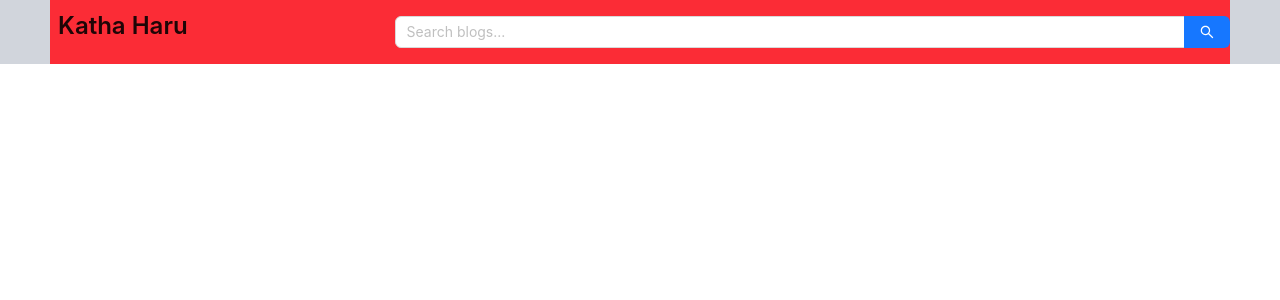
Repository: amich10/Blog_Frontend
Page: /user
The author's editor kept a copy of each file at every save. The page is drawn from the files as they stood at one save, then again after a run of saves.
The browser window is 1280 px wide. The pictures show the whole page.
The project was rebuilt for these pictures with package versions that can differ from the ones it lists, and the page was loaded fresh each time. Also part of the build but not shown: vite.config.ts, src/pages/category/admin.category.tsx, src/services/user.service.tsx, src/pages/users/admin.user.list.tsx, src/components/input.component.tsx, src/pages/users/admin.adduser.tsx, src/pages/users/admin.user.edit.tsx, src/pages/category/add.category.tsx and 5 more.

Above is the page before, as saved 2025-04-25 12:13:13.

### index.html
<!doctype html>
<html lang="en">
  <head>
    <meta charset="UTF-8" />
    <link rel="icon" type="image/svg+xml" href="/vite.svg" />
    <meta name="viewport" content="width=device-width, initial-scale=1.0" />
    <title>Blog Platform</title>
  </head>
  <body>
    <div id="root"></div>
    <script type="module" src="/src/main.tsx"></script>
  </body>
</html>

### src/main.tsx
import { createRoot } from "react-dom/client";
import React from "react";
import './assets/css/main.css';
import '@ant-design/v5-patch-for-react-19';
import RouterConfig from "./config/router.config";

createRoot(document.getElementById('root')!).render(
  //<React.StrictMode>
    <RouterConfig />
  //</React.StrictMode>

);

### src/config/router.config.tsx
import { RouterProvider } from "react-router";
import { router } from "./routes.config";
import { ToastContainer } from "react-toastify";
import { AuthProvider } from "../context/auth.context";
import { CategoryProvider } from "../context/category context/category.context";

const RouterConfig = () => {
  return (
    <>
      <AuthProvider>
        <CategoryProvider>
        <ToastContainer theme="light" />
        <RouterProvider router={router}></RouterProvider>
        </CategoryProvider>
      </AuthProvider>
    </>
  );
};
export default RouterConfig;

### src/config/routes.config.tsx
import { createBrowserRouter } from "react-router";
import { lazy, Suspense } from "react";
import { Spin } from "antd";
//import ChangePasswordPage from "../pages/change-password after login/change.password";

import CategoryList from "../pages/category/admin.category";
import UserList from "../pages/users/admin.user.list";
import CreateUser from "../pages/users/admin.adduser";
import UserEdit from "../pages/users/admin.user.edit";
import AddCategory from "../pages/category/add.category";
import EditCategory from "../pages/category/edit.category";
import PostList from "../posts/posts.list";
import CreatePost from "../posts/post.create";
import EditPost from "../posts/edit.post";
import UserHomePage from "../pages/user role/home page/user.home.page";
const RegisterPage = lazy(() => import("../pages/auth/register/register.page"))
const HomePage = lazy(() => import("../pages/home/home.page"));
const ForgetPasswordPage = lazy(() => import("../pages/auth/forget-password/forget-password"));
const ActivateAccountPage = lazy(() => import("../pages/auth/activate-account/ativate-account"));
const ResetPasswordPage = lazy(() => import("../pages/auth/forget-password/reset-password"));
const AdminPannelPage = lazy(() => import("../pages/admin/admin.pannel"));

export const router = createBrowserRouter([
    {
      path: "/",
      element: (
        <Suspense fallback={<Spin fullscreen tip="Loading...." size="default" />}>
          <HomePage />
        </Suspense>
      ),
    },
    {
      path: "/register",
      element: <RegisterPage />,
    },
    {
      path: "/forget-password",
      element: <ForgetPasswordPage />,
    },
    {
      path: "activate/:activationToken",
      element: <ActivateAccountPage />,
    },
    {
      path: "verify-token/:forgetToken",
      element: (
        <Suspense fallback={<Spin fullscreen tip="Verifying token...." size="large" />}>
          <ResetPasswordPage />
        </Suspense>
      ),
    },
    {
      path: "admin",
      Component:AdminPannelPage,
      children:[
        {
            index:true
        },
        {
          path:'posts',
          Component:PostList
        },
        {
          path:"posts/create",
          Component:CreatePost
        },
        {
          path:"posts/:id",
          Component:EditPost
        },
        {
            path:'category',
            Component:CategoryList
        },
        {
          path:"category/create",
          Component:AddCategory
        },
        {
          path:"category/:id",
          Component:EditCategory
        },
        {
          path:'users',
          Component:UserList
        },
        {
          path:'users/create',
          Component:CreateUser
        },{
          path:"users/:id",
          Component:UserEdit
        },

      ]
    },
    {
      path:'user',
      Component:UserHomePage,
      children:[{
      }]
    }
  ]);

### src/context/auth.context.tsx
import { createContext, ReactNode, SetStateAction, useContext, useEffect, useState, Dispatch } from "react";
import authSvc from "../services/auth.service";
import notifcation, { getLocalStorage, NotificationType, setLocalStorage } from "../utilities/helpers";
import { webStorageConstants } from "../constants/constants";
import { Spin } from "antd";
import { LoadingOutlined } from '@ant-design/icons';

export interface ICredentials {
  username: string;
  password: string;
}

export interface IChildrenProps {
  children: ReactNode;
}

export interface IUserDetails {
  name: string;
  username: string;
  email: string;
  phone: string;
  address: string;
  role: string;
  status: string;
  _id: string;
  image: {
    url: string;
    optimizedUrl: string;
  };
  createdAt: Date;
  bio: string;
}

export interface IAuthContext {
    login: (credentials: ICredentials) => Promise<void>;
    forgetPassword: (data: { email: string }) => Promise<void>;
    userDetails: IUserDetails;
    setUserDetails: Dispatch<SetStateAction<IUserDetails | undefined>>;
  }

  export const AuthContext = createContext<IAuthContext>({
    login: async (_credentials: ICredentials): Promise<void> => {},
    forgetPassword: async (_data: { email: string }): Promise<void> => {},
    userDetails: {} as IUserDetails,
    setUserDetails: () => {},
  });

export const AuthProvider = ({ children }: IChildrenProps) => {
  const [userDetails, setUserDetails] = useState<IUserDetails>();
  const [loading,setLoading] = useState<boolean>(false)

  const getLoggedInUser = async () => {
    try {
      const userInfo = await authSvc.getRequest("auth/me");
      setUserDetails(userInfo.result.data);
      return userInfo.result.data;
    } catch (exception) {
      throw exception
    }
  };

  const LoginFunc = async (credentials: ICredentials) => {
    setLoading(true)
    try {
      const response = await authSvc.postRequest("/auth/login", credentials);
      notifcation(response.result.message, NotificationType.SUCCESS);
      setLocalStorage(webStorageConstants.ACCESS, response.result.data.accessToken);
      setLocalStorage(webStorageConstants.REFRESH, response.result.data.refreshToken);
      return await getLoggedInUser();
    } catch (exception: any) {
      notifcation(exception.response.message, NotificationType.ERROR);
    } finally{
    setLoading(false)
    }
  };

  const forgetPasswordFunc = async (data: { email: string }) => {
    try {
      const response = await authSvc.postRequest("auth/forget-password", data);
      notifcation(response.result.message, NotificationType.SUCCESS);
    } catch (exception: any) {
      const errorMsg = exception.response.message || "Unexpected error occurred. Please try again after some time.";
      notifcation(errorMsg, NotificationType.ERROR);
    }
  };

  //rehydrating state
  useEffect(() => {
    let token = getLocalStorage(webStorageConstants.ACCESS);
    if (token) {
      getLoggedInUser();
    }else{
        setLoading(false)
    }
  }, []);

  return (
    <AuthContext.Provider
      value={{
        login: LoginFunc,
        forgetPassword: forgetPasswordFunc,
        userDetails: userDetails as IUserDetails,
        setUserDetails: setUserDetails,
      }}
    >
      {loading ?  <Spin fullscreen tip="Loading ... " indicator={<LoadingOutlined/>}/> :children}
    </AuthContext.Provider>
  );
};


export const useAuth = () => {
  const { login, forgetPassword, userDetails, setUserDetails } = useContext(AuthContext);
  return {
    login,
    forgetPassword,
    userDetails,
    setUserDetails,
  };
};

### src/context/category context/category.context.tsx
import React, { createContext, useContext, useEffect, useState } from "react";
import { TablePaginationConfig } from "antd";
import { IResponseType } from "../../services/http.service";
import categorySvc from "../../services/category.service";
import notifcation, { NotificationType } from "../../utilities/helpers";
import { useAuth } from "../auth.context";

export interface IResult {
  image: {
    url: string;
    optimizedUrl: string;
  };
  _id: string;
  title: string;
  slug: string;
  parentId: string | null;
  status: string;
  createdBy: any;
  updatedBy: any;
  createdAt: string;
  updatedAt: string;
  __v: number;
}

export interface IQueryProps {
  page?: number;
  limit?: number;
  search?: string | null;
}

interface ICategoryContext {
  data: IResult[];
  loading: boolean;
  pagination: TablePaginationConfig;
  search: string;
  getAllCategory: (params?: IQueryProps) => void;
  setSearch: React.Dispatch<React.SetStateAction<string>>;
  setPagination: React.Dispatch<React.SetStateAction<TablePaginationConfig>>;
}

const CategoryContext = createContext<ICategoryContext | undefined>(undefined);

export const CategoryProvider: React.FC<{ children: React.ReactNode }> = ({ children }) => {
  const [data, setData] = useState<IResult[]>([]);
  const [loading, setLoading] = useState<boolean>(true);
  const [search, setSearch] = useState<string>("");
  const [pagination, setPagination] = useState<TablePaginationConfig>({
    total: 0,
    pageSize: 8,
    current: 1,
  });

  const { userDetails } = useAuth();

  const getAllCategory = async ({
    page = pagination.current,
    limit = pagination.pageSize,
    search = "",
  }: IQueryProps = {}) => {
    try {
      setLoading(true);
      const response: IResponseType = await categorySvc.getRequest("/category/all", {
        params: { page, limit, search },
      });
      setData(response.result.data);
      setPagination((prev) => ({
        ...prev,
        total: response.result.options.total,
        current: page,
        pageSize: limit,
      }));
    } catch (error) {
      notifcation("Could not fetch categories. Try again later.", NotificationType.ERROR);
    } finally {
      setLoading(false);
    }
  };

  useEffect(() => {
    if (userDetails) {
      getAllCategory();
    }
  }, [userDetails]);

  // Debounced search - only after user is authenticated
  useEffect(() => {
    if (userDetails) {
      const timer = setTimeout(() => {
        getAllCategory({ search });
      }, 500);
      return () => clearTimeout(timer);
    }
  }, [search, userDetails]);

  return (
    <CategoryContext.Provider
      value={{
        data,
        loading,
        pagination,
        search,
        getAllCategory,
        setSearch,
        setPagination,
      }}
    >
      {children}
    </CategoryContext.Provider>
  );
};

export const useCategory = (): ICategoryContext => {
  const context = useContext(CategoryContext);
  if (!context) throw new Error("useCategory must be used within a CategoryProvider");
  return context;
};

### src/pages/user role/home page/user.home.page.tsx
import { Layout } from "antd"
import { useState } from "react"
import AdminSideBar from "../../admin/admin.sidebar"
import UserHeader from "./user.header"

const{Header,Sider,Content} = Layout


const UserHomePage = () => {
    const [collapsed,setCollapsed] = useState<boolean>(false)
  return (
    <Layout>
        <Layout>
            <UserHeader/>
            <Content></Content>
        </Layout>
    </Layout>
  )
}

export default UserHomePage

### src/services/auth.service.tsx
import HttpService from "./http.service";

class AuthService extends HttpService {

}
const authSvc = new AuthService()
export default authSvc;

### src/utilities/helpers.tsx
import { toast } from "react-toastify"
export enum NotificationType {
    SUCCESS = "success",
    ERROR = "error",
    WARNING = "warning",
    INFO = "info"
}
const notifcation = (msg: string, type: NotificationType) => {
    if (type === NotificationType.SUCCESS) {
        toast.success(msg)
    } else if (type === NotificationType.ERROR) {
        toast.error(msg)
    } else if (type === NotificationType.WARNING) {
        toast.warning(msg)
    } else if (type === NotificationType.INFO) {
        toast.info(msg)
    } else {
        toast(msg)
    }
}
export default notifcation;



//webStorage:LocalStorage
//set localStorage
export const setLocalStorage = (name: string, value: string) => {
    localStorage.setItem(name, value)
}
//get localStorage
export const getLocalStorage = (name: string) => {
    return localStorage.getItem(name)
}
//remove localStorage
export const removeLocalStorage = (name: string) => {
    return localStorage.removeItem(name)
}
//remove all data from LocalStorage
export const cleanLocalStorage = () => {
    return localStorage.clear()
}

### src/constants/constants.tsx
export const webStorageConstants = {
        ACCESS:"access",
        REFRESH:"refresh"
}

### src/services/category.service.tsx
import HttpService from "./http.service";

class CategoryService extends HttpService {

}

const categorySVc = new CategoryService()
export default categorySVc;

### src/pages/user role/home page/user.header.tsx

import { Input, Layout, Typography } from 'antd';



const UserHeader = () => {

  return (
    <>
    <Layout.Header className=' flex bg-gray-300! '>
        <div className='flex justify-center items-center bg-red-500 w-full'>
          <Typography.Title level={3} className='p-2 font-serif w-120'>Katha Haru</Typography.Title>
          <Input.Search placeholder="Search blogs..." enterButton />
        </div>

    </Layout.Header>
    </>
  )
}
export default UserHeader;

### src/services/http.service.ts
import axiosInstance from "../config/axios.config";

export interface IResult {
    data?: Array<Record<string, any>> | Record<string, any> | null | any, //Record<string, any> for an object with string keys and any values.
    message: string,
    error?: any,
    options: any,
    status: string,
}

export interface IResponseType {
    result: IResult
    status: number
}

abstract class HttpService {
    #headers: Record<string, string> = {} //object
    #params: Record<string, string> = {}
    #config: any = {} //final axios config

    #setConfig(config: any) {
        this.#headers = {
            ...this.#headers,
            "Content-Type": "application/json"
        };

        if (config.file || config.files) {
            this.#headers["Content-Type"] = "multipart/form-data";
        }


        if (config.params) {
            this.#params = config.params;
        }

        this.#config = {
            headers: this.#headers,
            params: this.#params
        };
    }

    getRequest = async (url: string, config: any = {}): Promise<IResponseType> => {
        try {
            this.#setConfig(config);
            let { data: responseData, status } = await axiosInstance.get(url, this.#config);
            return {
                result: responseData,
                status: status
            };
        } catch (exception: any) {
            throw {
                response: exception?.response?.data,
                status: exception?.response?.status
            };
        }
    };

    postRequest = async (url: string, data: any, config: any = {}): Promise<IResponseType> => {
        try {
            this.#setConfig(config);
            let { data: responseData, status } = await axiosInstance.post(url, data, this.#config);
            return {
                result: responseData,
                status: status
            };
        } catch (exception: any) {
            throw {
                response: exception?.response?.data,
                status: exception?.response?.status
            };
        }
    };

    patchRequest = async (url: string, data: any, config: any = {}): Promise<IResponseType> => {
        try {
            this.#setConfig(config); //sets headers and params
            let { data: responseData, status } = await axiosInstance.patch(url, data, this.#config);
            return {
                result: responseData,
                status: status
            };
        } catch (exception: any) {
            throw {
                response: exception?.response?.data,
                status: exception?.response?.status
            };
        }
    };

    deleteRequest = async (url: string, config: any = {}): Promise<IResponseType> => {
        try {
            this.#setConfig(config);
            let { data: responseData, status } = await axiosInstance.delete(url, this.#config);
            return {
                result: responseData,
                status: status
            };
        } catch (exception: any) {
            throw {
                response: exception?.response?.data,
                status: exception?.response?.status
            };
        }
    };
}

export default HttpService;

### src/config/axios.config.tsx
import axios from "axios"
import { getLocalStorage } from "../utilities/helpers";
import { webStorageConstants } from "../constants/constants";


const axiosInstance = axios.create({
    baseURL:import.meta.env.VITE_API_URL,
    timeout: 30000, //in millisec = 30 sec
    timeoutErrorMessage:"Request time out",
    responseEncoding:"utf-8",
    responseType:"json",
})


axiosInstance.interceptors.request.use((config) =>{
    let token = getLocalStorage(webStorageConstants.ACCESS)
    if(token){
        config.headers.Authorization = `Bearer ${token}`
    }
    return config;
})


export default axiosInstance;

Loaded but not shown: src/assets/css/main.css (common file)

After the next 5 saves:
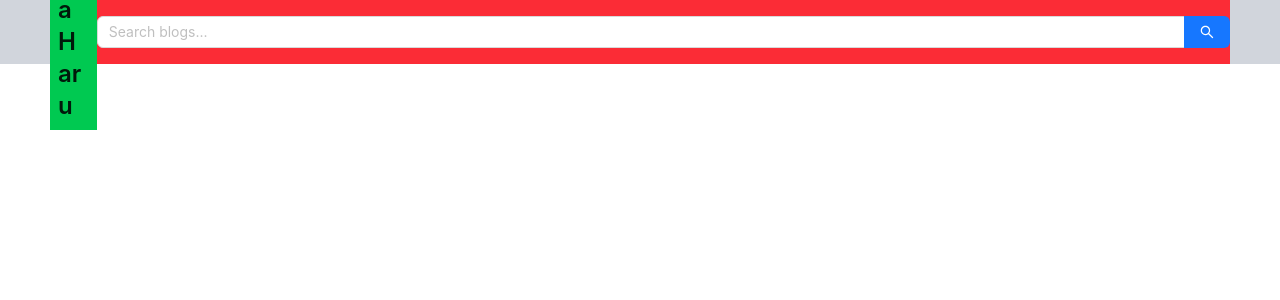
The 5 saves are shown as one change because they came seconds apart.
The last was saved 13 s later.
--- a/src/pages/user role/home page/user.header.tsx
+++ b/src/pages/user role/home page/user.header.tsx
@@ -9,7 +9,7 @@
     <>
     <Layout.Header className=' flex bg-gray-300! '>
         <div className='flex justify-center items-center bg-red-500 w-full'>
-          <Typography.Title level={3} className='p-2 font-serif w-120'>Katha Haru</Typography.Title>
+          <Typography.Title level={3} className='p-2 font-serif w-12 bg-green-500'>Katha Haru</Typography.Title>
           <Input.Search placeholder="Search blogs..." enterButton />
         </div>
 
